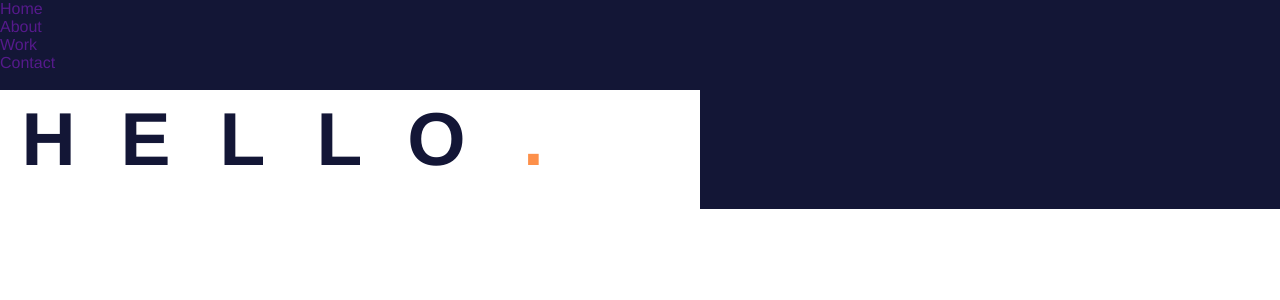
Repository: keloriane/animation-live
Page: /
The author's editor kept a copy of each file at every save. The page is drawn from the files as they stood at one save, then again after the next save.
The browser window is 1280 px wide. The pictures show the whole page.
The project was rebuilt for these pictures with package versions that can differ from the ones it lists, and the page was loaded fresh each time.

Above is the page before, as saved 2020-02-18 10:19:45.

### src/index.css
body {
  margin: 0;
  font-family: 'Helvetica Neue', 'Segoe UI', 'Roboto', 'Oxygen',
    'Ubuntu', 'Cantarell', 'Fira Sans', 'Droid Sans',
    sans-serif;
  -webkit-font-smoothing: antialiased;
  -moz-osx-font-smoothing: grayscale;
}

code {
  font-family: source-code-pro, Menlo, Monaco, Consolas, 'Courier New',
    monospace;
}
*{
  padding: 0;
  margin: 0;
  text-decoration: none;
  box-sizing: border-box;
}

### src/App.js
import React from 'react';
import logo from './logo.svg';
import Home from './views/Home';
import './App.css';

function App() {
  return (
    <div className="App">
     <Home />
    </div>
  );
}

export default App;

### src/views/Home.js
import React,{useEffect, useState} from 'react';
import Nav from './../components/Nav/Nav';
import "./assets/Home.scss";
import gsap,{expo} from 'gsap';

const Home = () => {



    useEffect(()=> {
        const squares = document.querySelectorAll('.square')
        const letter = document.querySelectorAll('.letter-title')
        const titleWrapper = document.querySelector('.title')
        const tl = gsap.timeline()
        tl
        .from(titleWrapper, .6, {x:"-100%",delay:0.5, ease:"expo.inOut"})

        .staggerFrom(letter, .8,{y:100,  ease:"back.inOut(2.9)" },0.1)

    },[])

    return (
        <div id="main-home">
            <Nav/>
            <div className="container">

            <div className="board-animation">
                <div className="wrapper">
                <div className="title">
                    <div className="square">
                        <div className="typo">
                            <h3 className="letter-title">H</h3>
                        </div>
                    </div>
                    <div className="square">
                        <div className="typo">
                            <h3 className="letter-title">E</h3>
                        </div>
                    </div>
                    <div className="square">
                        <div className="typo">
                            <h3 className="letter-title">L</h3>
                        </div>
                    </div>
                    <div className="square">
                        <div className="typo">
                            <h3 className="letter-title">L</h3>
                        </div>
                    </div>
                    <div className="square">
                        <div className="typo">
                            <h3 className="letter-title">O</h3>
                        </div>
                    </div>
                    <div className="square">
                        <div className="typo">
                            <h3 className="dot letter-title">.</h3>
                        </div>
                    </div>
                </div>
                    </div>

            </div>
            </div>



        </div>
    )
}

export default Home

### src/App.css
.App{
  background-color: #131636;
  color: white;
}

### src/components/Nav/Nav.js
import React from 'react'

const Nav = () => {
    return (
        <nav>
            <ul>
                <li> <a href="">Home</a> </li>
                <li> <a href="">About</a> </li>
                <li> <a href="">Work</a> </li>
                <li> <a href="">Contact</a> </li>
                <li> <a href=""> </a> </li>
            </ul>
        </nav>
    )
}

export default Nav

### src/views/assets/Home.scss
.title{
    display: flex;
    background-color: #fff;
    width: 700px;
    .square{
        width: 97px;
        height: 119px;
        background: #FFFFFF;

        .typo{
            overflow: hidden;
            h3{
                font-style: normal;
                font-weight: bold;
                font-size: 75px;
                line-height: 99px;
                text-align: center;
                color: #131636;
                &.dot{
                    color: #FD904A;
                }
            }
        }

    }
}
.container{
    width: 1280px;
    margin: 0 auto;
}
.wrapper{
    overflow: hidden;
}
.main-home{
    width: 100vw;
    height:100%;
}

.title-background{
    position: absolute;
    background-color: #fff;
    height: 106px;
    width: 510px;
}

Loaded but not shown: public/index.html (common file); src/index.js (common file); src/serviceWorker.js (common file)

After the next save:
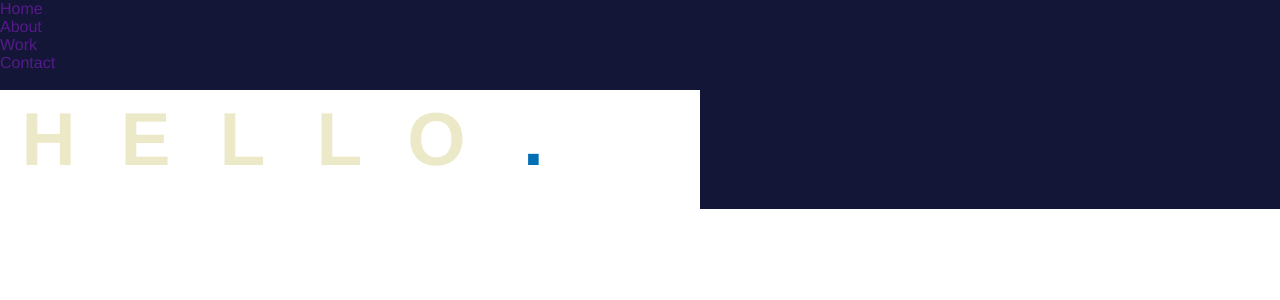
Saved 42 s later.
--- a/src/views/assets/Home.scss
+++ b/src/views/assets/Home.scss
@@ -16,6 +16,7 @@
                 line-height: 99px;
                 text-align: center;
                 color: #131636;
+                mix-blend-mode: difference;
                 &.dot{
                     color: #FD904A;
                 }
